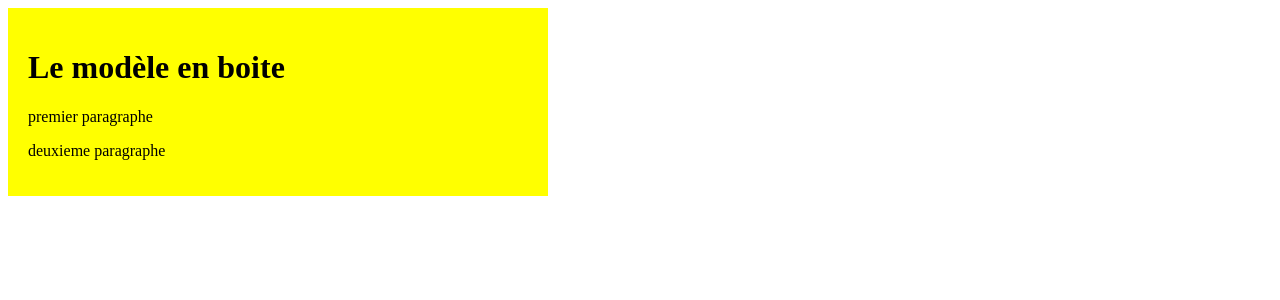
Repository: serviceshuios/-git-reference-java-lyon-worspace
Page: workspaceWeb/MaPremierePage/WebContent/Boites.html
These files come from the project's save history. The page is drawn as it stood at one moment and after the next save; the edit follows.
The browser window is 1280 px wide. The pictures show the whole page.

Above is the page before, as saved 2017-04-03 16:39:45.

### workspaceWeb/MaPremierePage/WebContent/Boites.html
<!DOCTYPE html>
<html>
<head>
	<meta charset="UTF-8">
	<title>Boites</title>
	<link rel="stylesheet" href="css/style7.css" />
</head>
<body>
<div class="boites">
<h1>Le modèle en boite</h1>
<p>premier paragraphe</p>
<p>deuxieme paragraphe</p>
</div>
</body>
</html>

### workspaceWeb/MaPremierePage/WebContent/css/style7.css
@CHARSET "UTF-8";
.boites {
	background-color:yellow;
	width:500px;
	padding:20px;
}

After the next save:
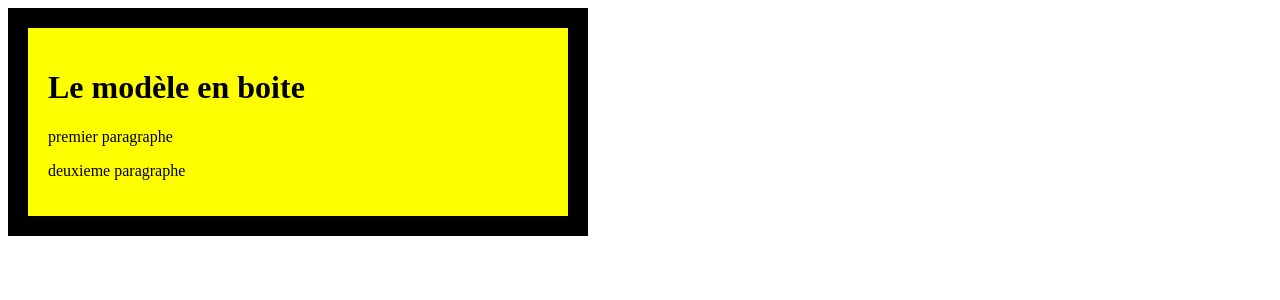
Saved 4 min 2 s later.
--- a/workspaceWeb/MaPremierePage/WebContent/css/style7.css
+++ b/workspaceWeb/MaPremierePage/WebContent/css/style7.css
@@ -3,4 +3,5 @@
 	background-color:yellow;
 	width:500px;
 	padding:20px;
+	border: 20px solid black;
 }
